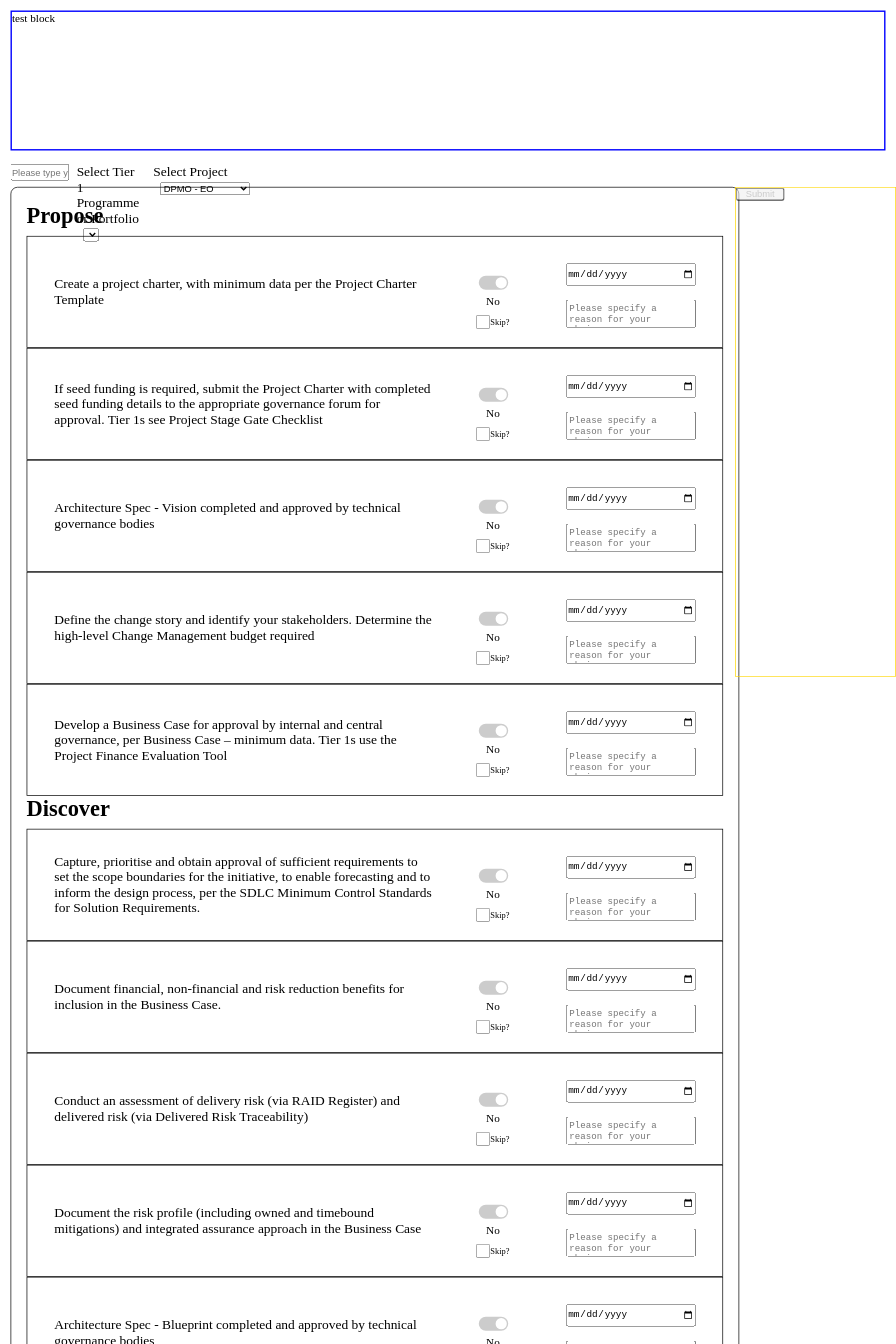
Repository: I-Alpha/JQuery-Html-form
Page: Project-form.html
The author's editor kept a copy of each file at every save. The page is drawn from the files as they stood at one save, then again after a run of saves.
The browser window is 1280 px wide. The pictures show the part of the page from y = 0 to 1920 px (the page is 8699 px tall), at 70% of full size.

Above is the page before, as saved 2020-10-27 01:00:00.

After the next 6 saves:
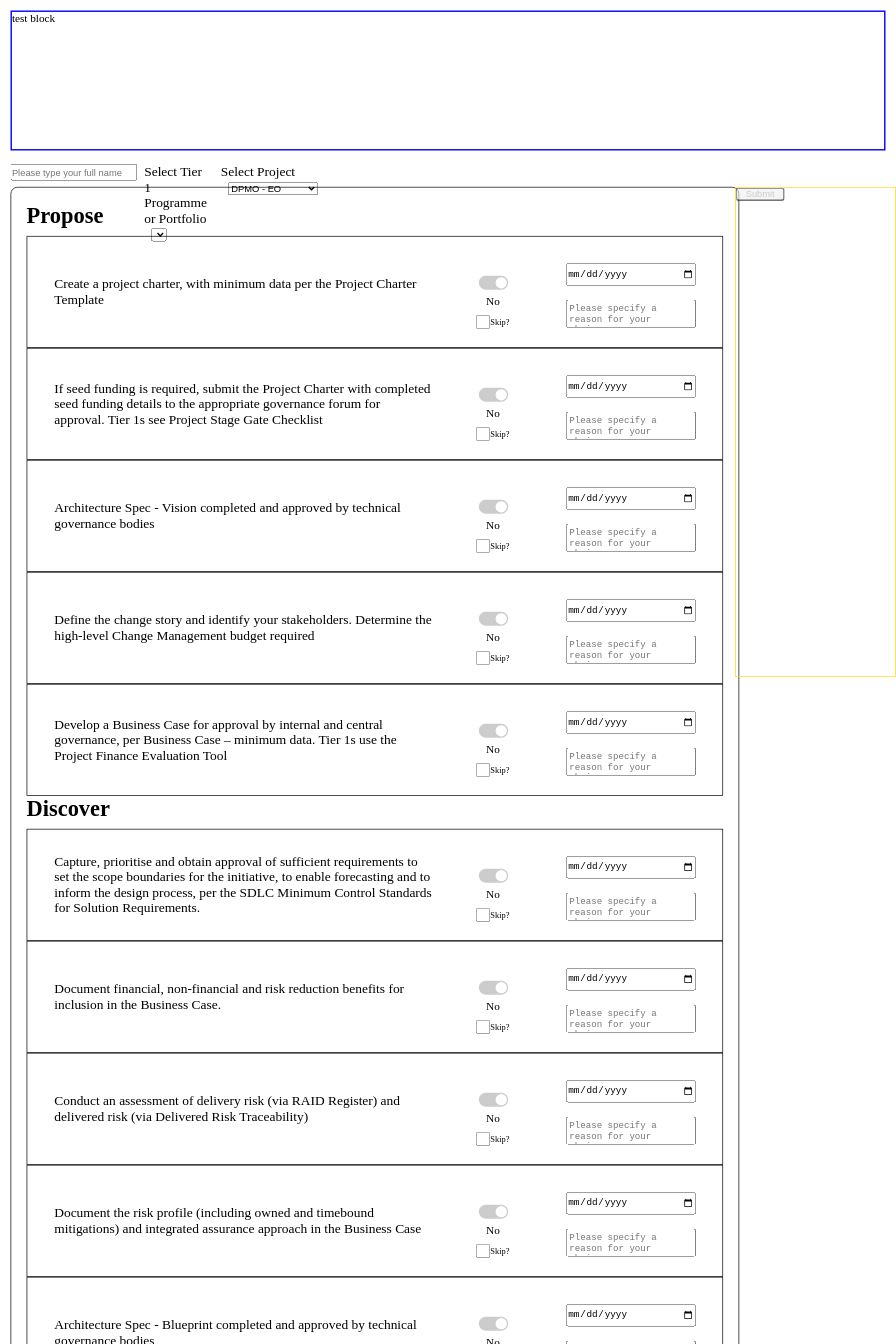
The 6 saves are shown as one change because they came seconds apart.
The last was saved 29 s later.
--- a/main.css
+++ b/main.css
@@ -350,7 +350,7 @@ and (min-width : 1224px) {
      position: relative;
      max-height:1.5rem;
      bottom:-9.2px;
-     width: 100%;
+    width: 12rem;
 
     }
 
